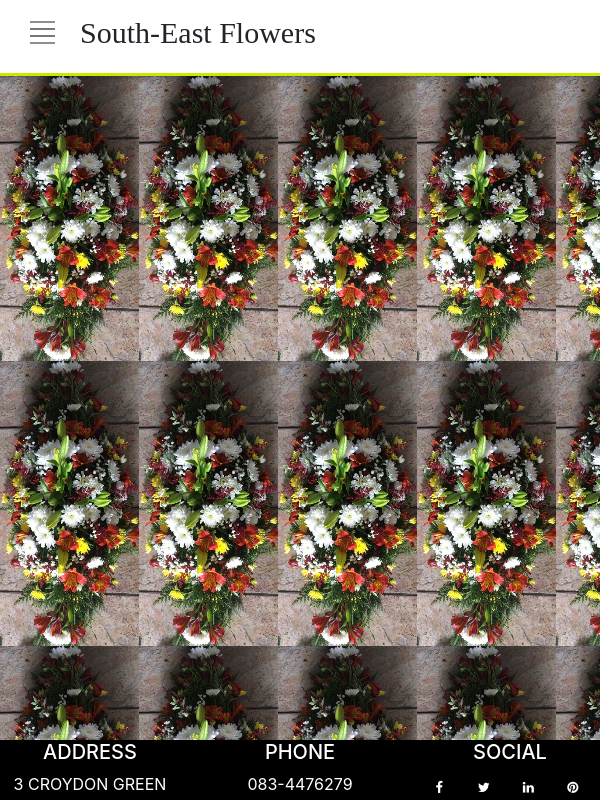
Repository: ConorTC1990/Flowers
Page: wreaths.html
The author's editor kept a record of every edit. The page is drawn from the files as they stood at one moment, then again after the next edit.
The browser window is 600 px wide. The pictures show the whole page.
Some web libraries are served in a nearby version.

Above is the page before.

After the next edit:
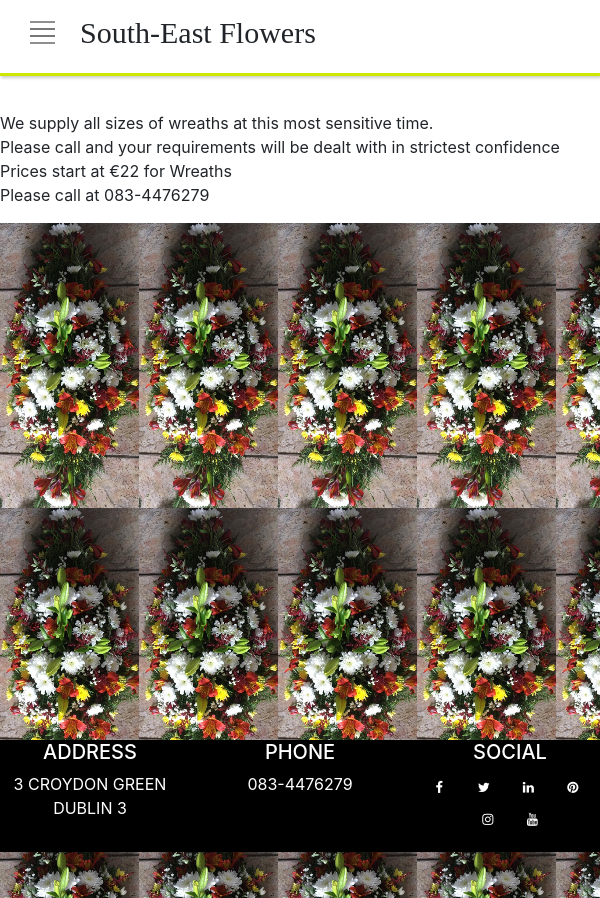
The edit:
--- a/assets/css/style.css
+++ b/assets/css/style.css
@@ -991,11 +991,7 @@
     z-index: 1;
 }
 
-@media (max-width: 40em) {
-	.infowreaths {
-		display: none;
-	}
-}
+
 
 .collapsible-menu {
     background-color: rgb(255, 255, 255);
